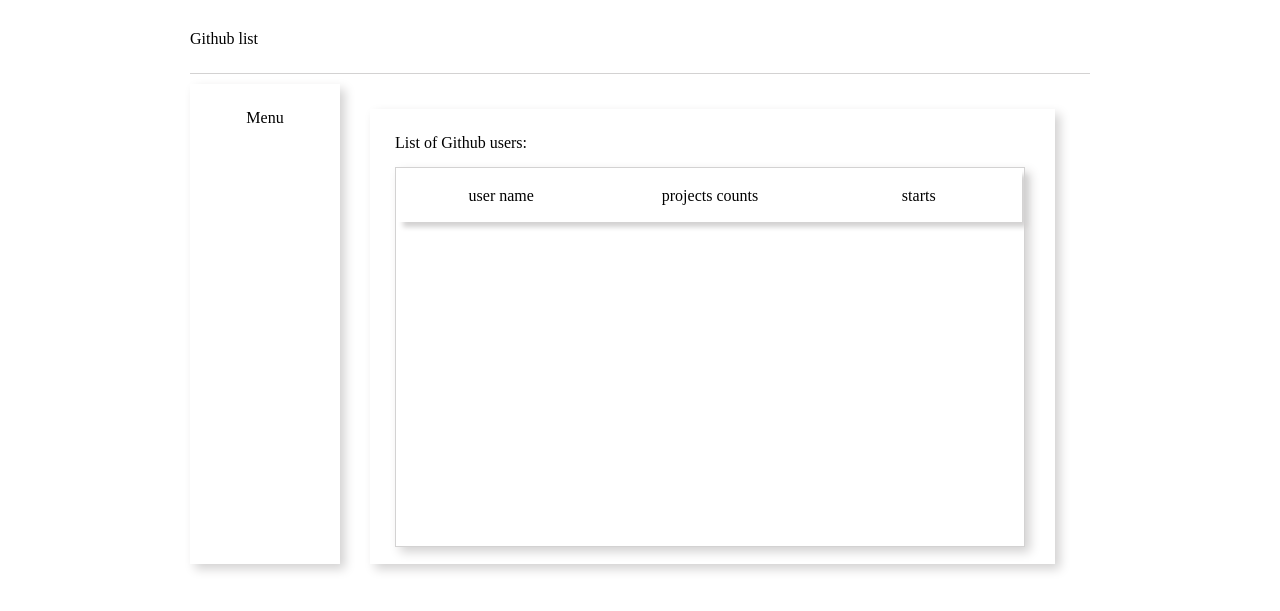
Repository: SzymonRoche/gitStars
Page: index.html
An editor plug-in stored every save of this project. The page is shown before and after a run of saves, followed by the edit.
The browser window is 1280 px wide. The pictures show the whole page.
The page's requests for data from a server got no answer.

Above is the page before, as saved 2020-02-16 14:27:12.
Console error: ReferenceError: usersNamesArra is not defined

### index.html
<!DOCTYPE html>
<html lang="en">

<head>
  <meta charset="UTF-8">
  <meta name="viewport" content="width=device-width, initial-scale=1.0">
  <link rel="stylesheet" type="text/css" href="style.css">
  <link href="https://fonts.googleapis.com/css?family=Roboto" rel="stylesheet">
  <meta http-equiv="X-UA-Compatible" content="ie=edge">
  <title>Github List</title>
</head>

<body class="app">

  <div class="title"> Github list </div>
  <div class="aside"> Menu </div>
  <div class="content"> List of Github users:
    <table class="my-table">


        <TR class="firts"> <TD> user name </TD><TD> projects counts </TD><TD> starts </TD></TR>

        <!-- <TR> <TD> sa</TD><TD> ad</TD><TD> sd</TD></TR>
        <TR> <TD>ad </TD><TD> asd</TD><TD> asd</TD></TR>
        <TR> <TD>ad </TD><TD> asd</TD><TD> asd</TD></TR>
        <TR> <TD>ad </TD><TD> asd</TD><TD> asd</TD></TR>
        <TR> <TD>ad </TD><TD> asd</TD><TD> asd</TD></TR> -->


    </table>
  </div>

</body>
<script src="main.js" type="module"></script>
</html>

### style.css
.app{

    width: 900px;
    height: 500px;
    margin: 0 auto;
}


.title{
    margin-top: 30px;
    margin-bottom: 10px;
    padding-bottom: 25px;
    border-bottom: 1px solid  rgb(211, 210, 210);
}

.aside{
    display: block;
    width: 150px;
    height: 455px;
    padding-top: 25px;
    text-align: center;
    float:left;
    box-shadow: rgb(211, 210, 210) 5px 5px 10px;
}

.content{
    display: block;
    padding-top: 25px;
    padding-left: 25px;
    width: 660px;
    height: 430px;
    margin: 35px 20%;
    box-shadow: rgb(211, 210, 210) 5px 5px 10px;

}

.my-table{
    display: block;
    width: 630px;
    height: 380px;
    margin: 15px auto 0px 0;
    box-shadow: rgb(211, 210, 210) 5px 5px 10px;
    border: 1px solid rgb(211, 210, 210);

}

td{
    width: 210px;
    height: 50px;
    text-align: center;

}

.firts{
    box-shadow: rgb(211, 210, 210) 5px 5px 5px;
}

### main.js
import  usersNamesArray  from "./users.js";
import { createTabele } from "./tabele.js";

createTabele();
// ['yyx990803', 'toddmotto', 'johnpapa', 'angular', 'facebook', 'vuejs']
const cos  = [`dupa`, `oko`, `noga`, `oko`, `dick`,`riko`]
const repoUrl = `https://api.github.com/users/johnpapa`
const repoCounts = []

console.log(usersNamesArray)
//wypisuje komórkę w tabelę przyjmując nazwę tablicy jako parametr funkcji
const itWtiteTabeleCells = (arrayName) => {
    let i = 0
        for(i=0; i<6; i++){
        const value = document.getElementById(`tr${i+1}`);
        const left = value.insertCell(-1);
            left.innerHTML = `${arrayName[i]}`;
    };
};

itWtiteTabeleCells(cos);

//tworzy zapytanie do githuba o ilość repo usera
const requestApi = async () => {
    const response = await fetch(repoUrl);
    const json = await response.json();
    const res = await json.public_repos;

   await repoCounts.unshift(res)
   itWtiteTabeleCells(repoCounts)
}

requestApi(repoCounts[0]);

### users.js
const userNames = () => {
    // All users that you need to display.
    return ['yyx990803', 'toddmotto', 'johnpapa', 'angular', 'facebook', 'vuejs']
};

let usersNamesArray = []

  usersNamesArray.unshift(...userNames())
  console.log(usersNamesArray)

export default
    usersNamesArra

### tabele.js
const createTabele = () => {

    let i = 0;
    for(i = 0; i<7; i++){

        const tab = document.querySelector(".my-table");
        const tabela = tab.insertRow(1);
        tabela.setAttribute("id", `tr${i}`);

        // const topLeft = tabela.insertCell(0);
        // const topMiddle = tabela.insertCell(1);
        // const TopRight = tabela.insertCell(2);

            // topLeft.innerHTML = ""
            // topMiddle.innerHTML = ""
            // TopRight.innerHTML = ""
}
    };

export { createTabele };

After the next 3 saves:
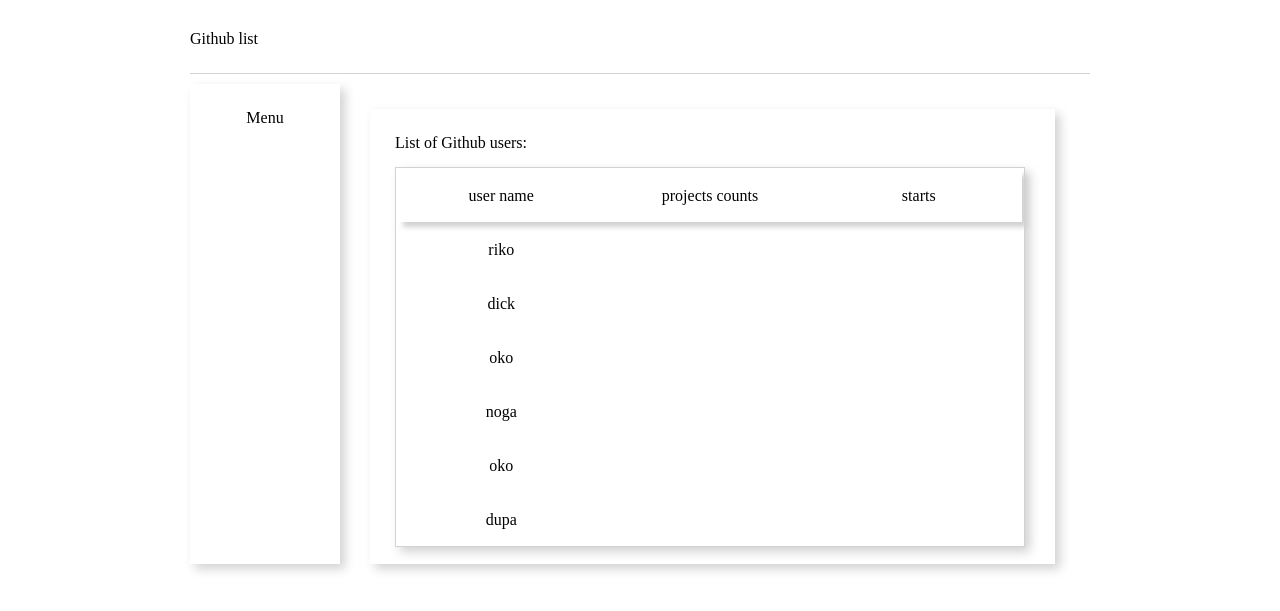
The error is gone.
The 3 saves are shown as one change because they came seconds apart.
The last was saved 5 s later.
--- a/users.js
+++ b/users.js
@@ -8,5 +8,4 @@ let usersNamesArray = []
   usersNamesArray.unshift(...userNames())
   console.log(usersNamesArray)
 
-export default
-    usersNamesArra
+export default usersNamesArray
